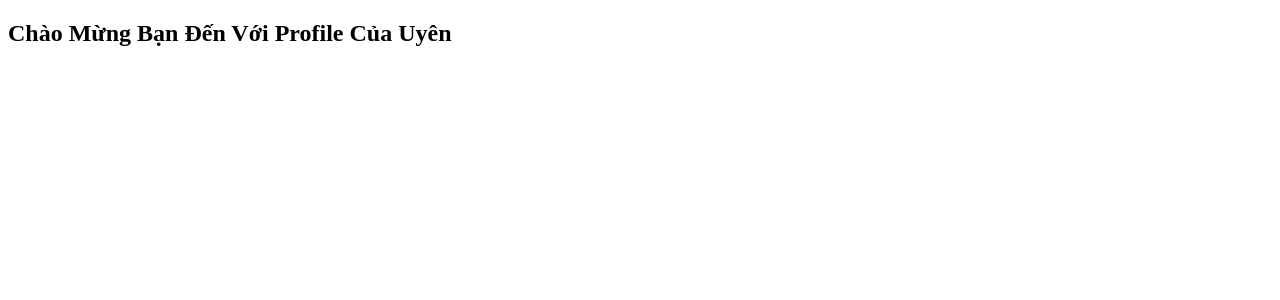
Repository: manhhieu120499/uyen
Page: index.html
The author's editor kept a copy of each file at every save. The page is drawn from the files as they stood at one save, then again after the next save.
The browser window is 1280 px wide. The pictures show the whole page.

Above is the page before, as saved 2022-08-16 00:36:59.

### index.html
<!DOCTYPE html>
<html lang="en">
<head>
    <meta charset="UTF-8">
    <meta http-equiv="X-UA-Compatible" content="IE=edge">
    <meta name="viewport" content="width=device-width, initial-scale=1.0">
    <title>Xuan Uyen</title>
</head>
<body>
    <h2>Chào Mừng Bạn Đến Với Profile Của Uyên</h2>
    <img \>
</body>
</html>

After the next save:
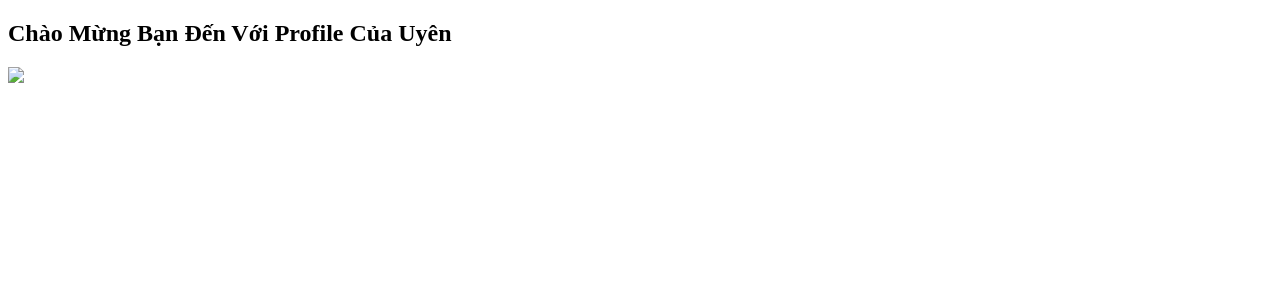
Saved 4 s later.
--- a/index.html
+++ b/index.html
@@ -8,6 +8,6 @@
 </head>
 <body>
     <h2>Chào Mừng Bạn Đến Với Profile Của Uyên</h2>
-    <img \>
+    <img src = \>
 </body>
 </html>
